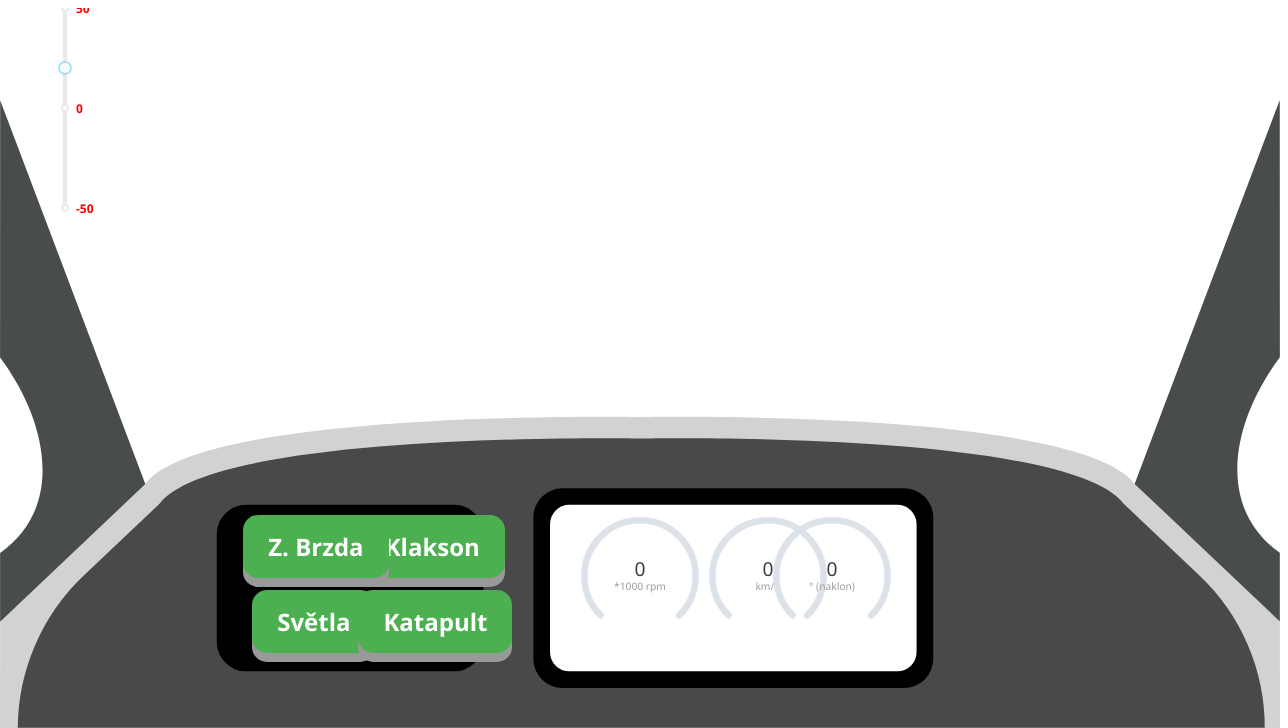
Repository: matyasvelc/train
Page: / (app in frontend/)
An editor plug-in stored every save of this project. The page is shown before and after the next save, followed by the edit.
The browser window is 1280 px wide. The page is 1288 px wide, so the pictures cover 1288 px, including what lies to the right of the window. The pictures show the whole page.
The page's requests for data from a server got no answer. The project was rebuilt for these pictures with package versions that can differ from the ones it lists, and the page was loaded fresh each time. No one was signed in, and anything a server would have sent is missing.

Above is the page before, as saved 2022-04-04 18:05:56.

### frontend/src/index.js
import React, { useEffect } from 'react'
import ReactDOM from 'react-dom'
import Progress from './lib/progress'
import './styles.css'
import Slider, { Range } from 'rc-slider';
import 'rc-slider/assets/index.css';

async function postData(url = '', data = {}) {
  // Default options are marked with *
  const response = await fetch(url, {
    method: 'POST', // *GET, POST, PUT, DELETE, etc.
    cache: 'no-cache', // *default, no-cache, reload, force-cache, only-if-cached
    headers: {
      'Content-Type': 'application/json'
    },
    redirect: 'follow', // manual, *follow, error
    referrerPolicy: 'no-referrer', // no-referrer, *no-referrer-when-downgrade, origin, origin-when-cross-origin, same-origin, strict-origin, strict-origin-when-cross-origin, unsafe-url
    body: JSON.stringify(data) // body data type must match "Content-Type" header
  });
  return response.json(); // parses JSON response into native JavaScript objects
}

const style = { float: 'left', width: 160, height: 200, marginBottom: 160, marginLeft: 50 };
const parentStyle = { overflow: 'hidden' };

const marks = {
  '-50': {
    style: {
      color: 'red',
    },
    label: <strong>-50</strong>,
  },
  0: {
    style: {
      color: 'red',
    },
    label: <strong>0</strong>,
  },
  50: {
    style: {
      color: 'red',
    },
    label: <strong>50</strong>,
  },
};

function App() {
  const [temp, setTemp] = React.useState()
  const [rpm, setRpm] = React.useState()
  const [speed, setSpeed] = React.useState()
  const [svetlo, setSvetlo] = React.useState()
  const [rychlost, setRychlost] = React.useState()

  useEffect(() => {
    const timer = setInterval(() => {
      fetch('http://127.0.0.1:5000/getSpeed')
        .then(res => {
          return res.json();
        })
        .then(data => {
          setSpeed(data.speed);
        });
    }, 1000);

    return () => clearInterval(timer);
  }, []);

  useEffect(() => {
    const timer = setInterval(() => {
      fetch('http://127.0.0.1:5000/getAngle')
        .then(res => {
          return res.json();
        })
        .then(data => {
          setTemp(data.angle);
        });
    }, 1000);

    return () => clearInterval(timer);
  }, []);

  useEffect(() => {
    const timer = setInterval(() => {
      fetch('http://127.0.0.1:5000/getRpm')
        .then(res => {
          return res.json();
        })
        .then(data => {
          setRpm(data.engine_speed);
        });
      }, 1000);

      return () => clearInterval(timer);
  }, []);

  function Svetlo() {
    console.log(svetlo);
    setSvetlo(!svetlo);
    postData('http://127.0.0.1:5000/setLightStatus', {"lights": !svetlo})
  }

  function Rychlost(value) {
    console.log(value);
    setRychlost(value);
    postData('http://127.0.0.1:5000/setSpeed', {"speed": value})
  }

  return (
    <div className="demo">
      <div className='vlak'>
      <Progress
        className="budik1"
        progress={rpm}
        max={4}
        subtitle="*1000 rpm"
        reduction={0.25}
        hideBall
        strokeWidth={10}
        gradient={[{stop: 0.0, color: '#f6416d'}, {stop: 1, color: '#fa6d7c'}]} />
      <Progress
      className="budik2"
        progress={speed}
        max={100}
        subtitle="km/h"
        reduction={0.25}
        hideBall
        strokeWidth={10} />
      <Progress
      className="budik3"
        progress={temp}
        min={-45}
        max={45}
        subtitle="° (naklon)"
        strokeWidth={10}
        reduction={0.25}
        hideBall
        gradient={[{stop: 0.0, color: '#f6416d'}, {stop: 1, color: '#fa6d7c'}]} />
        </div>
        <input id='svetla' class="svetla" onClick={Svetlo} checked={svetlo} type='checkbox'></input>
        <label class="button a" htmlFor='svetla'>Světla</label>
        <button class="button b">Katapult</button>
        <button class="button c">Klakson</button>
        <button class="button d">Z. Brzda</button>
        <div style={parentStyle}>
          <div style={style}>
            <Slider vertical min={-50} max={50} step={2} marks={marks} included={false} onAfterChange={Rychlost} defaultValue={20}/>
          </div>
        </div>
        </div>
  )
}

ReactDOM.render(<App />, document.getElementById('root'))

### frontend/src/styles.css
body {
  background: none;
  font-family: 'Segoe UI', Tahoma, Geneva, Verdana, sans-serif;
  caret-color: transparent;
  user-select: none;
  overflow: hidden;
  padding: 0;
  left: 0;
  width: 100%;
  height: 100%;
}

.demo > div {
  width: 100%;
  height: 100%;
  left: 0;
  display: inline-block;
}
.vlak {
  background-image:url(./train.svg);
  background-repeat: no-repeat;
  background-size: 100%;
  width: 100%;
  height: 100%;
  overflow: hidden;
  background-position: bottom;
  position: absolute;
  display: inline-block;
}
.budik1{
  position: absolute;
  top: 70%;
  left: 45%;
  width: 10%;
}
.budik2{
  position: absolute;
  top: 70%;
  left: 55%;
  width: 10%;
}
.budik3{
  position: absolute;
  top: 70%;
  left: 60%;
  width: 10%;
}
.button {
  font-family: 'Segoe UI', Tahoma, Geneva, Verdana, sans-serif;
  display: inline-block;
  padding: 15px 25px;
  font-size: 24px;
  cursor: pointer;
  text-align: center;
  text-decoration: none;
  outline: none;
  color: #fff;
  background-color: #4CAF50;
  border: none;
  border-radius: 15px;
  box-shadow: 0 9px #999;
  caret-color: transparent;
  user-select: none;
  font-weight:600;
  position: absolute;
}
.button:active {
  background-color: #3e8e41;
  box-shadow: 0 5px #666;
  transform: translateY(4px);
}
.a{
  position: absolute;
  top: 82%;
  left: 19.7%;
}
.b{
  position: absolute;
  top: 82%;
  left: 28%;
}
.c{
  position: absolute;
  top: 71.5%;
  left: 28.1%;
}
.d{
  position: absolute;
  top: 71.5%;
  left: 19%;
}
.svetla{
  display: none;
  caret-color: transparent;
  user-select: none;
  position: absolute;
}
.svetla:checked + .button{
  background-color: #3e8e41;
  box-shadow: 0 5px #666;
  transform: translateY(4px);
}
.rychlost{
  user-select:all;
  position: absolute;
  top: 50%;
  left: 20%;
}

### frontend/src/lib/progress.module.css
.progress {
  font-family: 'Segoe UI', Tahoma, Geneva, Verdana, sans-serif;
  width: 200px;
}

.svg {
  display: block;
  width: 100%;
}

Loaded but not shown: frontend/public/index.html (common file); frontend/src/lib/progress.js (library)

After the next save:
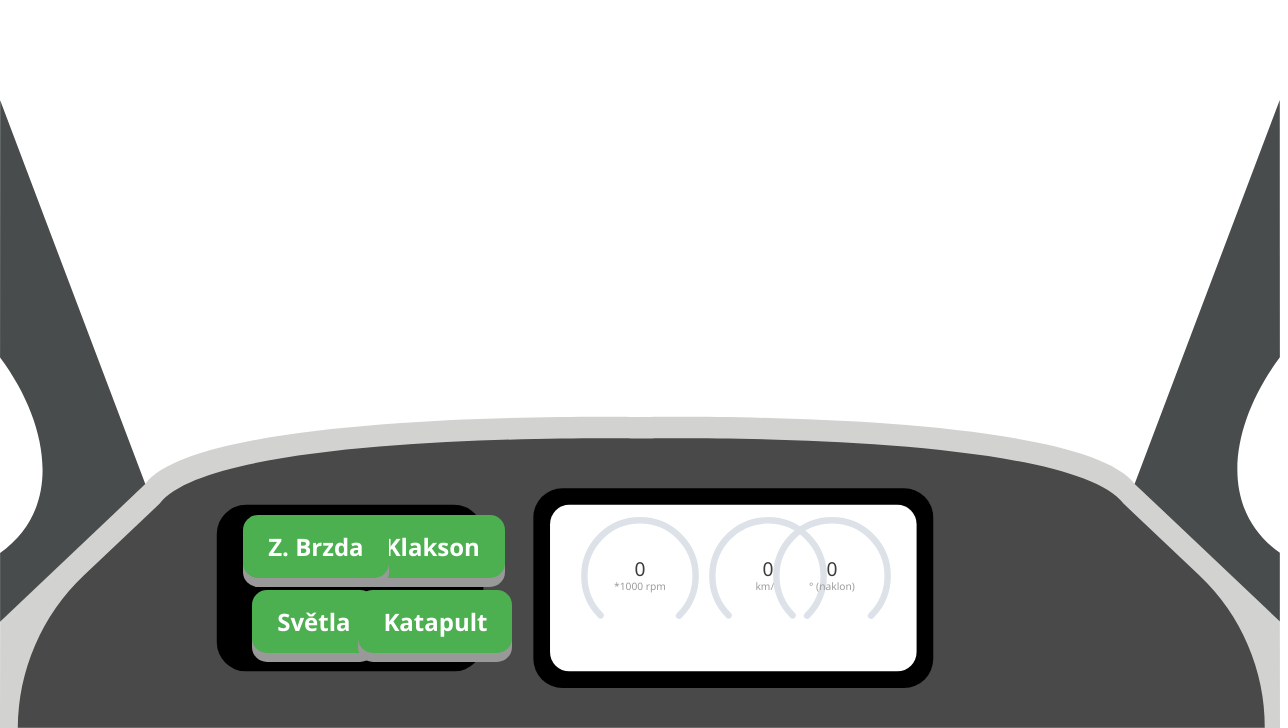
Saved 65 s later.
--- a/frontend/src/index.js
+++ b/frontend/src/index.js
@@ -142,7 +142,7 @@
         <button class="button c">Klakson</button>
         <button class="button d">Z. Brzda</button>
         <div style={parentStyle}>
-          <div style={style}>
+          <div style={rychlost}>
             <Slider vertical min={-50} max={50} step={2} marks={marks} included={false} onAfterChange={Rychlost} defaultValue={20}/>
           </div>
         </div>

After the 2 saves that followed:
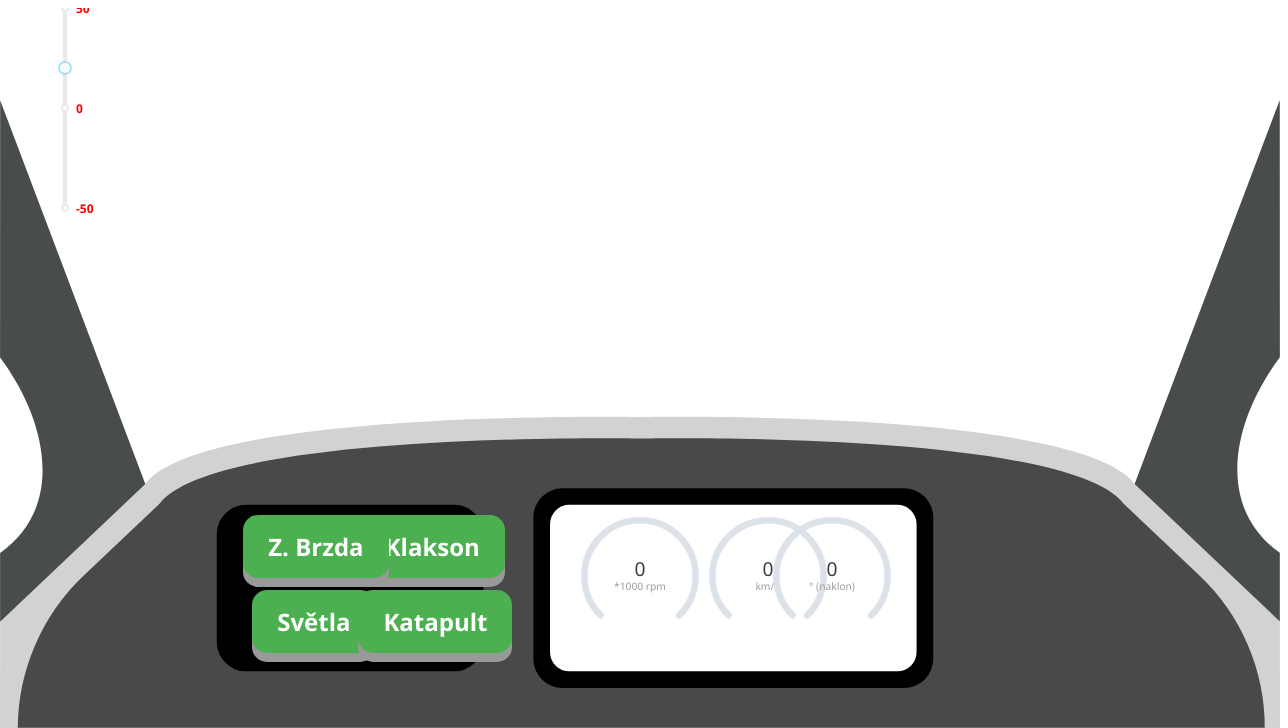
The 2 saves are shown as one change because 1 left the picture as it was.
The last was saved 64 s later.
--- a/frontend/src/index.js
+++ b/frontend/src/index.js
@@ -142,8 +142,8 @@
         <button class="button c">Klakson</button>
         <button class="button d">Z. Brzda</button>
         <div style={parentStyle}>
-          <div style={rychlost}>
-            <Slider vertical min={-50} max={50} step={2} marks={marks} included={false} onAfterChange={Rychlost} defaultValue={20}/>
+          <div style={style}>
+            <Slider vertical min={-50} max={50} step={2} marks={marks} included={false} onAfterChange={Rychlost} defaultValue={20} className={rychlost}/>
           </div>
         </div>
         </div>
--- a/frontend/src/styles.css
+++ b/frontend/src/styles.css
@@ -103,6 +103,6 @@ body {
 .rychlost{
   user-select:all;
   position: absolute;
-  top: 50%;
+  top: 20%;
   left: 20%;
 }
